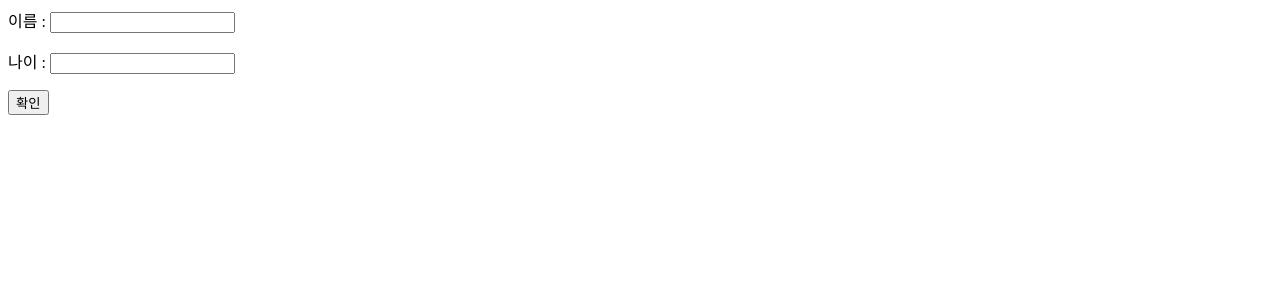
Repository: gom0109/JSP_DK
Page: http://localhost/01_Basic/02_request/Ex01_form.jsp
An editor plug-in stored every save of this project. The page is shown before and after the next save, followed by the edit.
The browser window is 1280 px wide. The pictures show the whole page.
The page is served by Tomcat 9.

Above is the page before, as saved 2021-01-19 01:22:54.

### 01_Basic/WebContent/02_request/Ex01_form.jsp
<%@ page language="java" contentType="text/html; charset=UTF-8"
    pageEncoding="UTF-8"%>

    <form method="post" action="Ex02_result.jsp">
    	이름 : <input type="text" name="name" id="irum"> <p>
    	나이 : <input type="text" name="age" id="nai"> <p>

    	<input type="submit" value="확인">
    </form>

After the next save:
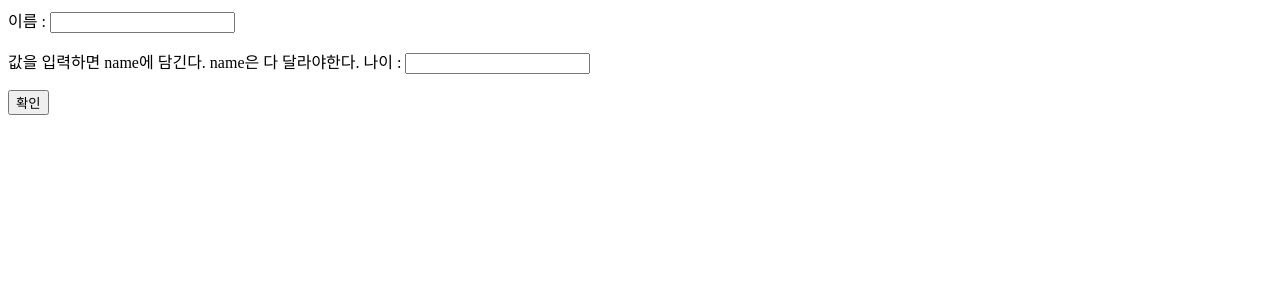
Saved 118 s later.
--- a/01_Basic/WebContent/02_request/Ex01_form.jsp
+++ b/01_Basic/WebContent/02_request/Ex01_form.jsp
@@ -3,6 +3,7 @@
 
     <form method="post" action="Ex02_result.jsp">
     	이름 : <input type="text" name="name" id="irum"> <p>
+    	값을 입력하면 name에 담긴다. name은 다 달라야한다.
     	나이 : <input type="text" name="age" id="nai"> <p>
 
     	<input type="submit" value="확인">
